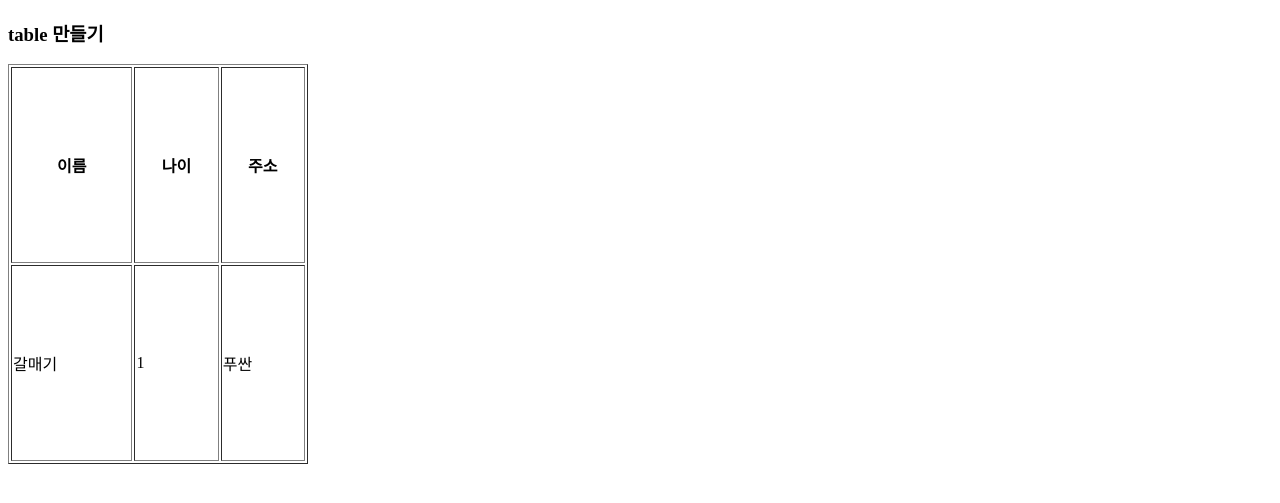
Repository: JeongHyeongKim/practice_myself
Page: Si_basic/WebProject/setp01_HTMLCS/WebContent/HTML/ex03_tableTag.html
An editor plug-in stored every save of this project. The page is shown before and after the next save, followed by the edit.
The browser window is 1280 px wide. The pictures show the whole page.

Above is the page before, as saved 2019-04-22 04:22:07.

### Si_basic/WebProject/setp01_HTMLCS/WebContent/HTML/ex03_tableTag.html
<!DOCTYPE html>
<html>
	<head>
		<meta charset="UTF-8">
		<title>Table Tag</title>
	</head>
	<body>
		<h3>table 만들기</h3>
		<table border="1" height="400" width="300">
			<tr>
				<th>이름</th>
				<th>나이</th>
				<th>주소</th>
			</tr>
			<tr>
				<td>갈매기</td>
				<td>1</td>
				<td>푸싼</td>
			</tr>
		</table>
	</body>
</html>

After the next save:
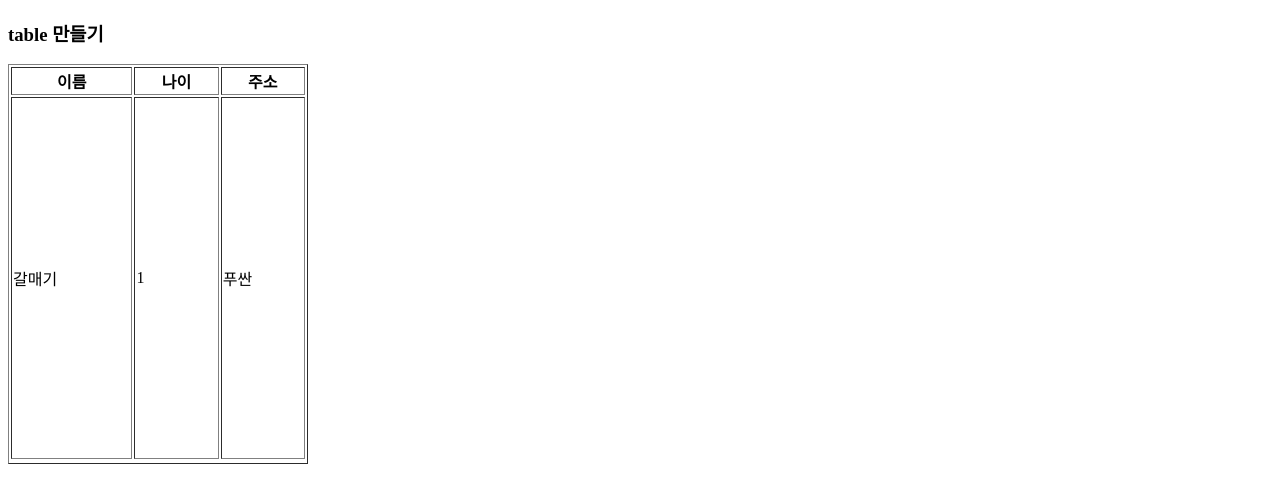
Saved 4 min 38 s later.
--- a/Si_basic/WebProject/setp01_HTMLCS/WebContent/HTML/ex03_tableTag.html
+++ b/Si_basic/WebProject/setp01_HTMLCS/WebContent/HTML/ex03_tableTag.html
@@ -7,16 +7,20 @@
 	<body>
 		<h3>table 만들기</h3>
 		<table border="1" height="400" width="300">
-			<tr>
-				<th>이름</th>
-				<th>나이</th>
-				<th>주소</th>
-			</tr>
-			<tr>
-				<td>갈매기</td>
-				<td>1</td>
-				<td>푸싼</td>
-			</tr>
+			<thead>
+				<tr>
+					<th>이름</th>
+					<th>나이</th>
+					<th>주소</th>
+				</tr>
+			</thead>
+			<tbody>
+				<tr>
+					<td>갈매기</td>
+					<td>1</td>
+					<td>푸싼</td>
+				</tr>
+			<tbody>
 		</table>
 	</body>
 </html>
